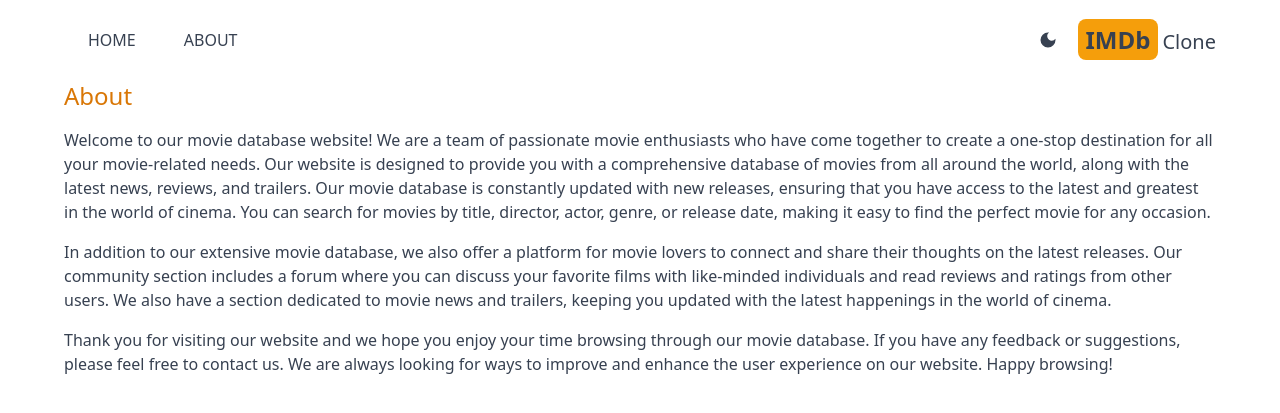
Repository: dnjfht/imdb
Page: /about
An editor plug-in stored every save of this project. The page is shown before and after the next save, followed by the edit.
The browser window is 1280 px wide. The pictures show the whole page.
The project was rebuilt for these pictures with package versions that can differ from the ones it lists, and the page was loaded fresh each time. The framework's server and built-in components were replaced by stand-ins that run in the browser. Also part of the build but not shown: next.config.js.

Above is the page before, as saved 2023-10-02 12:01:15.

After the next save:
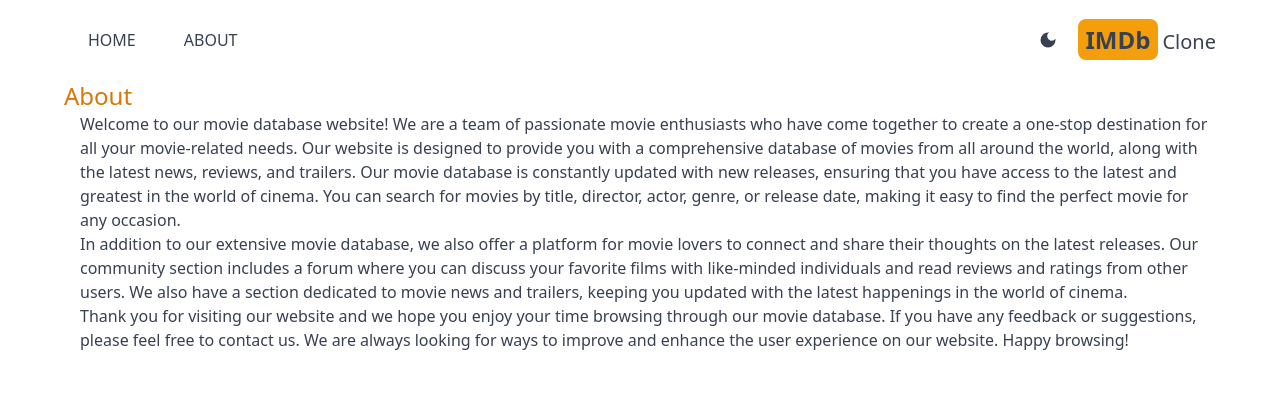
Saved 9 s later.
--- a/src/app/about/page.js
+++ b/src/app/about/page.js
@@ -1,6 +1,6 @@
 export default function About() {
   return (
-    <div className="max-w-6xl sm:mx-auto space-y-4">
+    <div className="max-w-6xl sm:mx-auto space-x-4">
       <h1 className="text-2xl font-medium text-amber-600">About</h1>
 
       <p>
